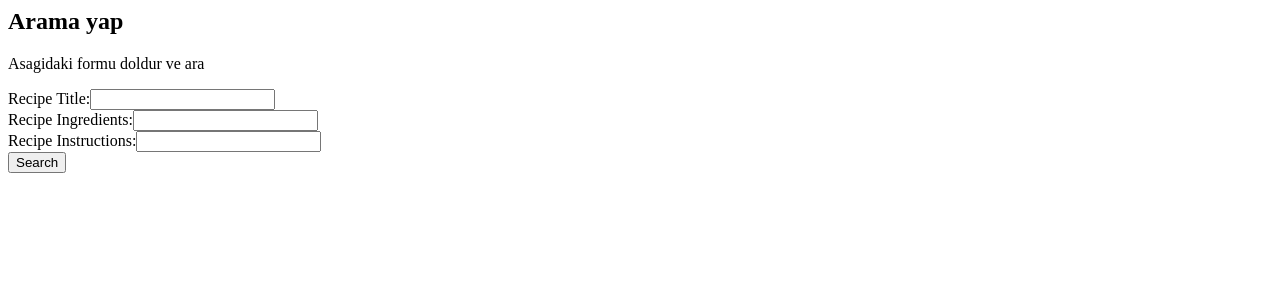
Repository: toprak1919/BaronEmlak
Page: http://localhost/helloworld/showSearchForm.php
The author's editor kept a copy of each file at every save. The page is drawn from the files as they stood at one save, then again after the next save.
The browser window is 1280 px wide. The pictures show the whole page.
The page is run by PHP 8.4 with error messages shown; the project is at /var/www/html/.

Above is the page before, as saved 2020-12-09 01:28:48.

After the next save:
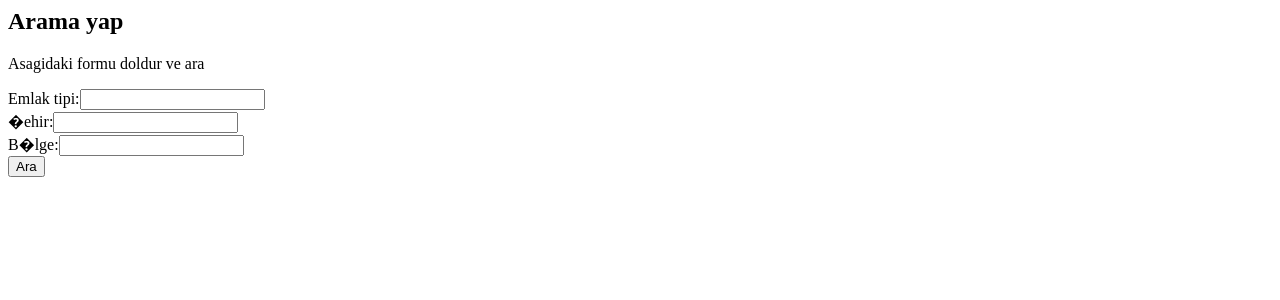
Saved 80 s later.
--- a/helloworld/showSearchForm.php
+++ b/helloworld/showSearchForm.php
@@ -9,9 +9,9 @@
 <h2>Arama yap</h2>
 <p>Asagidaki formu doldur ve ara</p>
 <form action="searchrecipe.php">
-Recipe Title:<input type="text" name="recipeName"></input><br>
-Recipe Ingredients:<input type="text" name="recipeIngredients"></input><br>
-Recipe Instructions:<input type="text" name="recipeInstructions"></input><br>
-<button type="submit">Search</button>
+Emlak tipi:<input type="text" name="recipeName"></input><br>
+Þehir:<input type="text" name="recipeIngredients"></input><br>
+Bölge:<input type="text" name="recipeInstructions"></input><br>
+<button type="submit">Ara</button>
 </form>
 </div>
